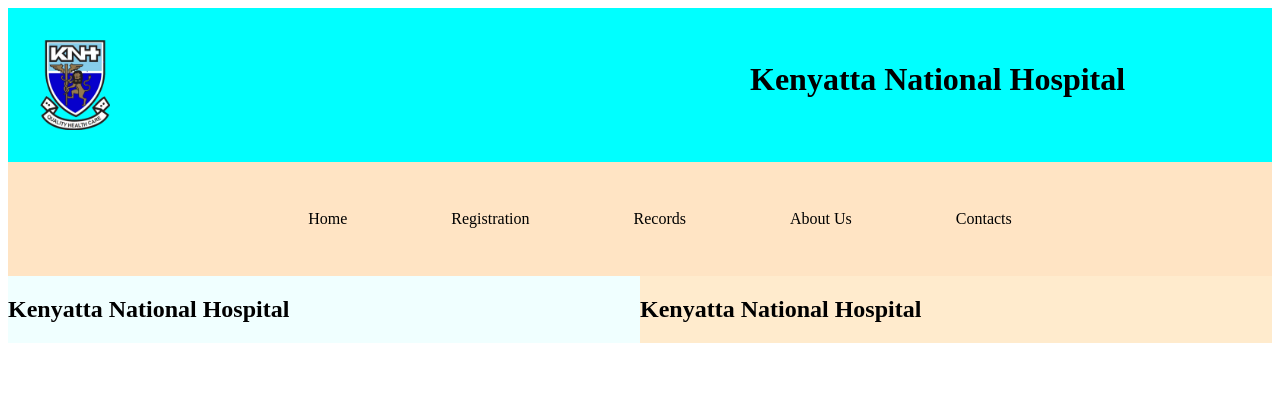
Repository: EphrahimLaanyu123/wsp
Page: index.html
The author's editor kept a copy of each file at every save. The page is drawn from the files as they stood at one save, then again after the next save.
The browser window is 1280 px wide. The pictures show the whole page.

Above is the page before, as saved 2025-03-13 19:57:50.

After the next save:
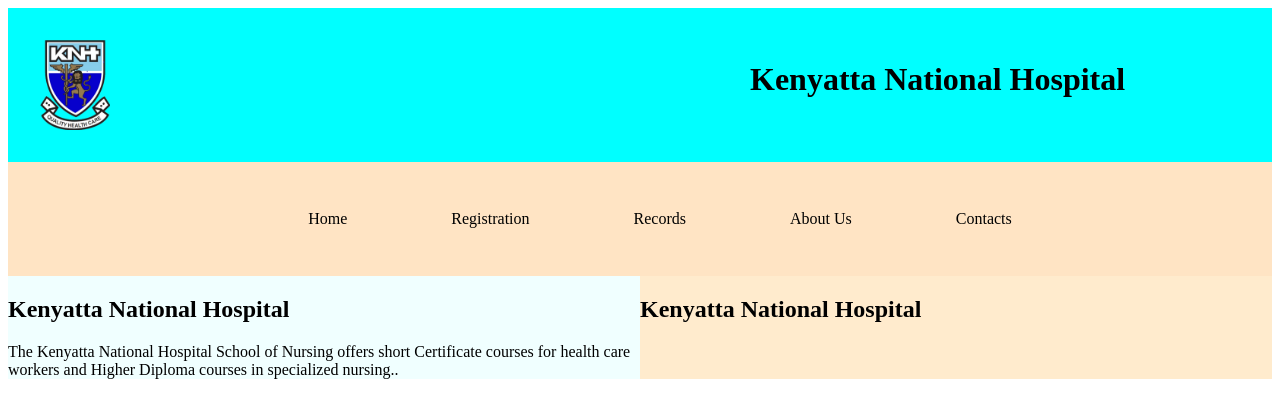
Saved 32 s later.
--- a/index.html
+++ b/index.html
@@ -21,7 +21,7 @@
     <div class="sectionaside">
         <section class="section">
             <h1 class="header-h1">Kenyatta National Hospital</h1>
-            <article></article>
+            <article>The Kenyatta National Hospital School of Nursing offers short Certificate courses for health care workers and Higher Diploma courses in specialized nursing..</article>
         </section>
         <aside class="aside">
             <h1 class="header-h1">Kenyatta National Hospital</h1>
